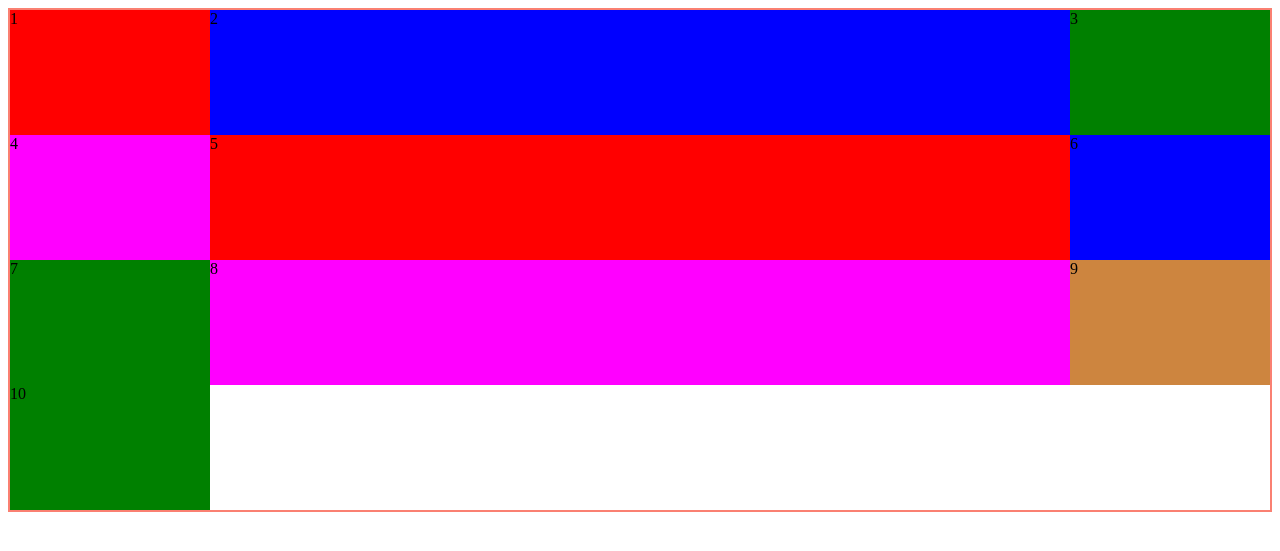
Repository: DinkarRavi/Dinkar_Coding
Page: 22aug24/grid.html
The author's editor kept a copy of each file at every save. The page is drawn from the files as they stood at one save, then again after a run of saves.
The browser window is 1280 px wide. The pictures show the whole page.

Above is the page before, as saved 2024-08-22 15:14:22.

### 22aug24/grid.html
<!DOCTYPE html>
<html lang="en">
<head>
    <meta charset="UTF-8">
    <meta name="viewport" content="width=device-width, initial-scale=1.0">
    <title>Document</title>
    <link rel="stylesheet" href="grid.css">
</head>
<body>

        <div id="parent">
        <div>1</div>
        <div>2</div>
        <div>3</div>
        <div>4</div>
        <div>5</div>
        <div>6</div>
        <div>7</div>
        <div>8</div>
        <div>9</div>
        <div>10</div>

    </div>
</body>
</html>

### 22aug24/grid.css


#parent{
border: 2px solid salmon;

height: 500px;
display: grid;
grid-template-columns: 200px 1fr 200px;
/* grid-template-rows: 200px 200px;  */
/* grid-auto-rows: 50px;
grid-template-columns:100px;  */
/* grid-auto-flow: column; */
}
div{
div:nth-child(1) {
  background: red;
}
div:nth-of-type(2) {
    background: blue;
  }
  div:nth-child(3) {
    background: green;
  }
  div:nth-child(4) {
    background: magenta;
  }
  div:nth-child(5) {
    background: red;
  }
  div:nth-of-type(6) {
      background: blue;
    }
    div:nth-child(7) {
      background: green;
    }
    div:nth-child(8) {
      background: magenta;
    }
    div:nth-child(9) {
        background:peru;
      }
      div:nth-child(10) {
        background: green;}
}

After the next 3 saves:
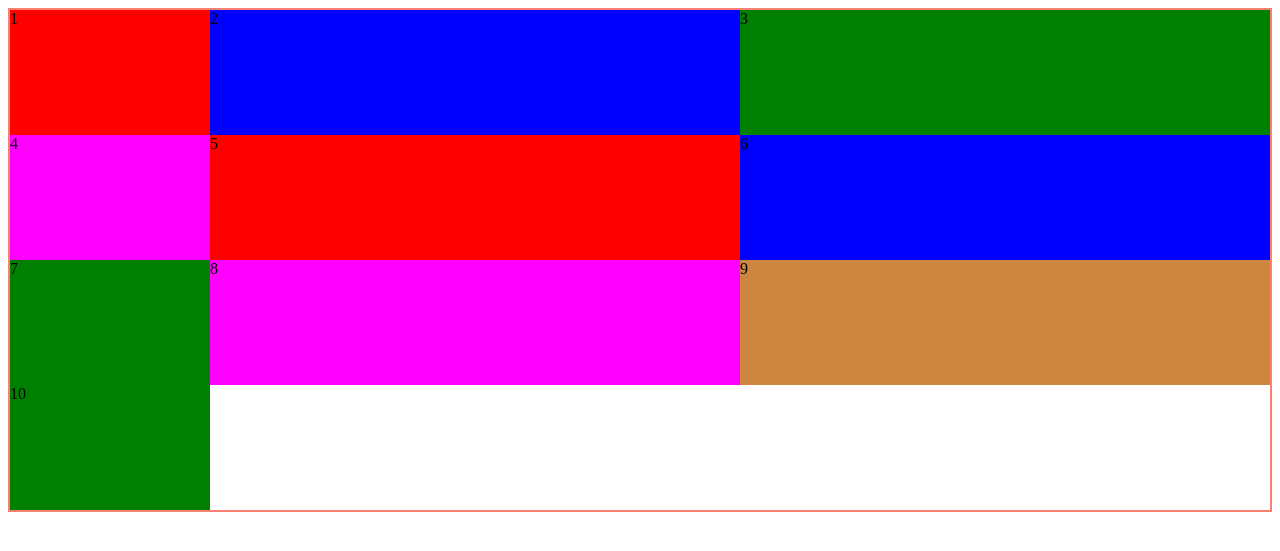
The 3 saves are shown as one change because they came seconds apart.
The last was saved 38 s later.
--- a/22aug24/grid.css
+++ b/22aug24/grid.css
@@ -5,7 +5,7 @@
 
 height: 500px;
 display: grid;
-grid-template-columns: 200px 1fr 200px;
+grid-template-columns: 200px 1fr 1fr;
 /* grid-template-rows: 200px 200px;  */
 /* grid-auto-rows: 50px;
 grid-template-columns:100px;  */
